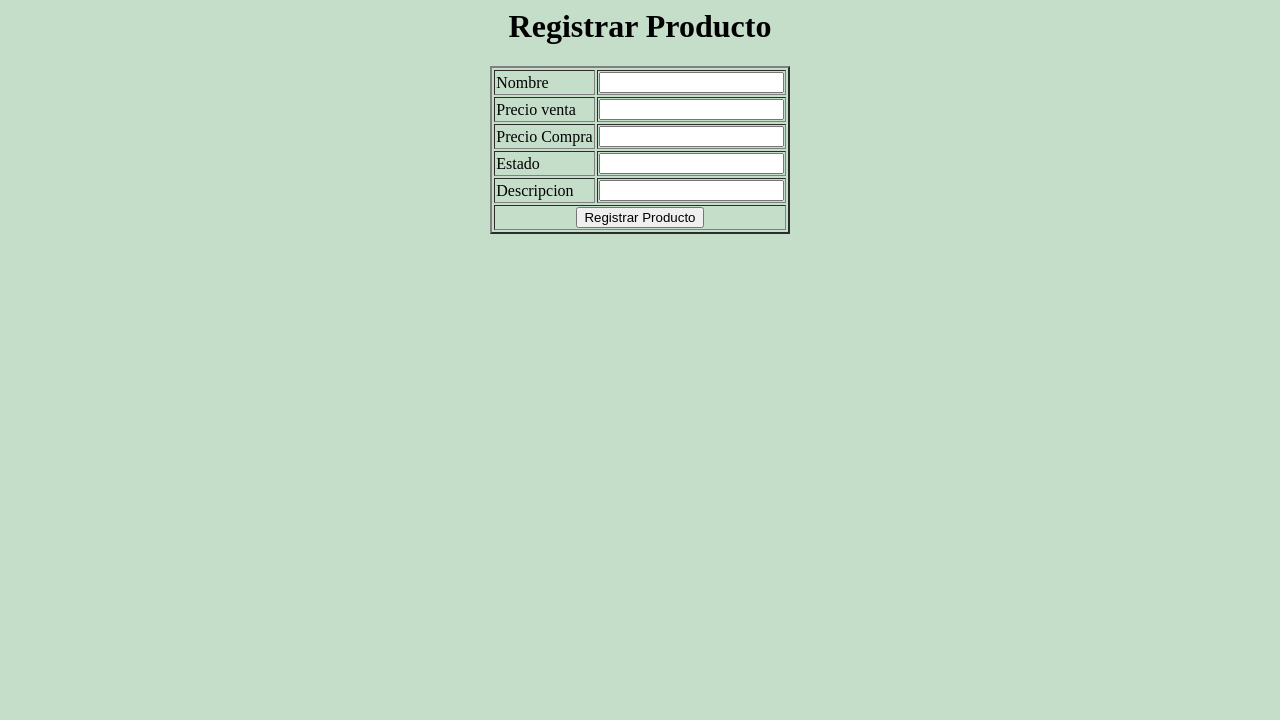
Repository: christianem30/LPII_CL3_ESPINOZAMINAYACHRISTIAN
Page: http://localhost/LPII_CL3_ESPINOZAMINAYACHRISTIAN/FormRegistrarProducto.jsp
An editor plug-in stored every save of this project. The page is shown before and after the next save, followed by the edit.
The browser window is 1280 px wide. The pictures show the whole page.
The page is served by Tomcat 9.

Above is the page before, as saved 2024-07-03 05:58:02.

After the next save:
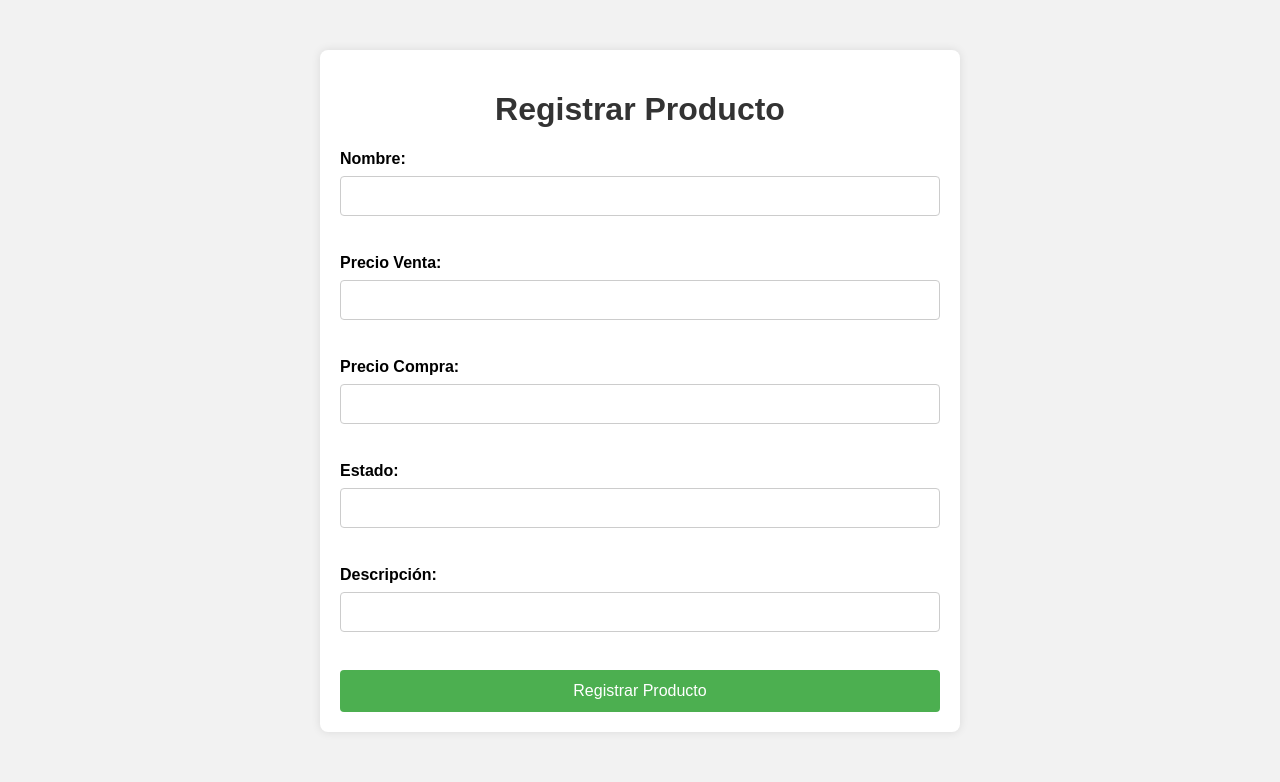
Saved 4 min 15 s later.
--- a/LPII_CL3_ESPINOZAMINAYACHRISTIAN/src/main/webapp/FormRegistrarProducto.jsp
+++ b/LPII_CL3_ESPINOZAMINAYACHRISTIAN/src/main/webapp/FormRegistrarProducto.jsp
@@ -1,42 +1,81 @@
-<%@ page language="java" contentType="text/html; charset=ISO-8859-1"
-    pageEncoding="ISO-8859-1"%>
-<!DOCTYPE html">
-<html>
+<%@ page language="java" contentType="text/html; charset=UTF-8" pageEncoding="UTF-8"%>
+<!DOCTYPE html>
+<html lang="en">
 <head>
-<meta http-equiv="Content-Type" content="text/html; charset=ISO-8859-1">
-<title>Registrar  Producto</title>
+    <meta charset="UTF-8">
+    <meta name="viewport" content="width=device-width, initial-scale=1.0">
+    <title>Registrar Producto</title>
+    <style>
+        body {
+            font-family: Arial, sans-serif;
+            background-color: #f2f2f2;
+            margin: 0;
+            padding: 0;
+        }
+        .container {
+            max-width: 600px;
+            margin: 50px auto;
+            padding: 20px;
+            background-color: #ffffff;
+            border-radius: 8px;
+            box-shadow: 0 0 10px rgba(0, 0, 0, 0.1);
+        }
+        h1 {
+            text-align: center;
+            color: #333333;
+        }
+        form {
+            display: flex;
+            flex-direction: column;
+        }
+        label {
+            margin-bottom: 8px;
+            font-weight: bold;
+        }
+        input[type="text"] {
+            padding: 10px;
+            margin-bottom: 20px;
+            border: 1px solid #cccccc;
+            border-radius: 4px;
+            font-size: 16px;
+            box-sizing: border-box;
+        }
+        input[type="submit"] {
+            background-color: #4CAF50;
+            color: white;
+            padding: 12px 20px;
+            border: none;
+            border-radius: 4px;
+            cursor: pointer;
+            font-size: 16px;
+            transition: background-color 0.3s ease;
+        }
+        input[type="submit"]:hover {
+            background-color: #45a049;
+        }
+    </style>
 </head>
-<body bgcolor="#c5dec9">
-<h1 align="center">Registrar Producto</h1>
-<form action="ControladorProducto" method="post">
-<table border="2" align="center">
-<tr>
-<td>Nombre</td>
-<td><input type="text" name="nombre"></td>
-</tr>
-<tr>
-<td>Precio venta</td>
-<td><input type="text" name="precioventa"></td>
-</tr>
-<tr>
-<td>Precio Compra</td>
-<td><input type="text" name="preciocompra"></td>
-</tr>
-<tr>
-<td>Estado</td>
-<td><input type="text" name="estado"></td>
-</tr>
-<tr>
-<td>Descripcion</td>
-<td><input type="text" name="descripcion"></td>
-</tr>
+<body>
+    <div class="container">
+        <h1>Registrar Producto</h1>
+        <form action="ControladorProducto" method="post">
+            <label for="nombre">Nombre:</label>
+            <input type="text" id="nombre" name="nombre" required><br>
 
-<tr>
-<td colspan="2"  align="center" >
-<input type="submit" value="Registrar Producto">
-</td>
-</tr>
-</table>
-</form>
+            <label for="precioventa">Precio Venta:</label>
+            <input type="text" id="precioventa" name="precioventa" required><br>
+
+            <label for="preciocompra">Precio Compra:</label>
+            <input type="text" id="preciocompra" name="preciocompra" required><br>
+
+            <label for="estado">Estado:</label>
+            <input type="text" id="estado" name="estado" required><br>
+
+            <label for="descripcion">Descripción:</label>
+            <input type="text" id="descripcion" name="descripcion" required><br>
+
+            <input type="submit" value="Registrar Producto">
+        </form>
+    </div>
 </body>
 </html>
